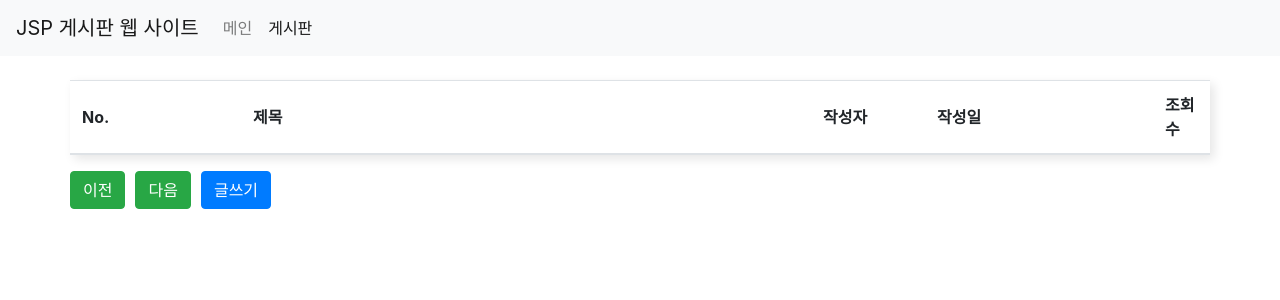
Repository: hz6450/2024-summer-jsp-notice-project
Page: http://localhost/BBS/BBS.jsp?pageNumber=0
The author's editor kept a copy of each file at every save. The page is drawn from the files as they stood at one save, then again after the next save.
The browser window is 1280 px wide. The pictures show the whole page.
Some web libraries are served in a nearby version. The page is served by Tomcat 10. Queries for data that is not in the repository find no rows.

Above is the page before, as saved 2024-07-16 01:57:26.

After the next save:
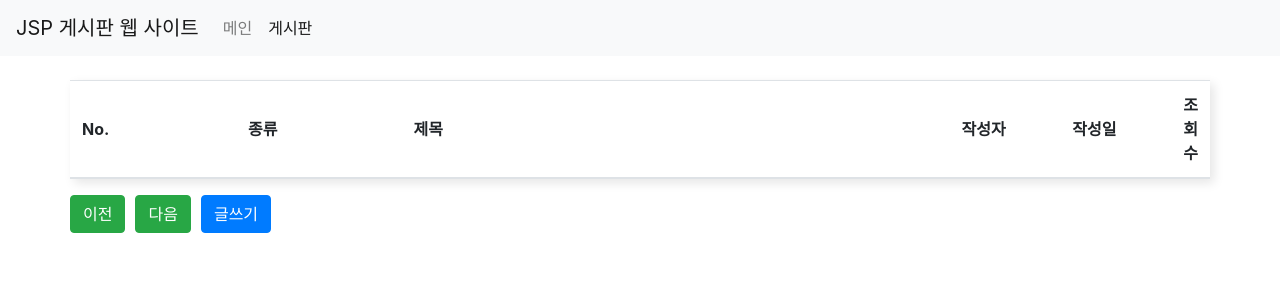
Saved 24 s later.
--- a/projects/BBS/src/main/webapp/BBS.jsp
+++ b/projects/BBS/src/main/webapp/BBS.jsp
@@ -64,6 +64,7 @@
                 <thead>
                     <tr>
                         <th scope="col" style="width: 15%">No.</th>
+                        <th scope="col" style="width: 15%">종류</th>
                         <th scope="col" style="width: 50%">제목</th>
                         <th scope="col" style="width: 10%">작성자</th>
                         <th scope="col" style="width: 20%">작성일</th>
